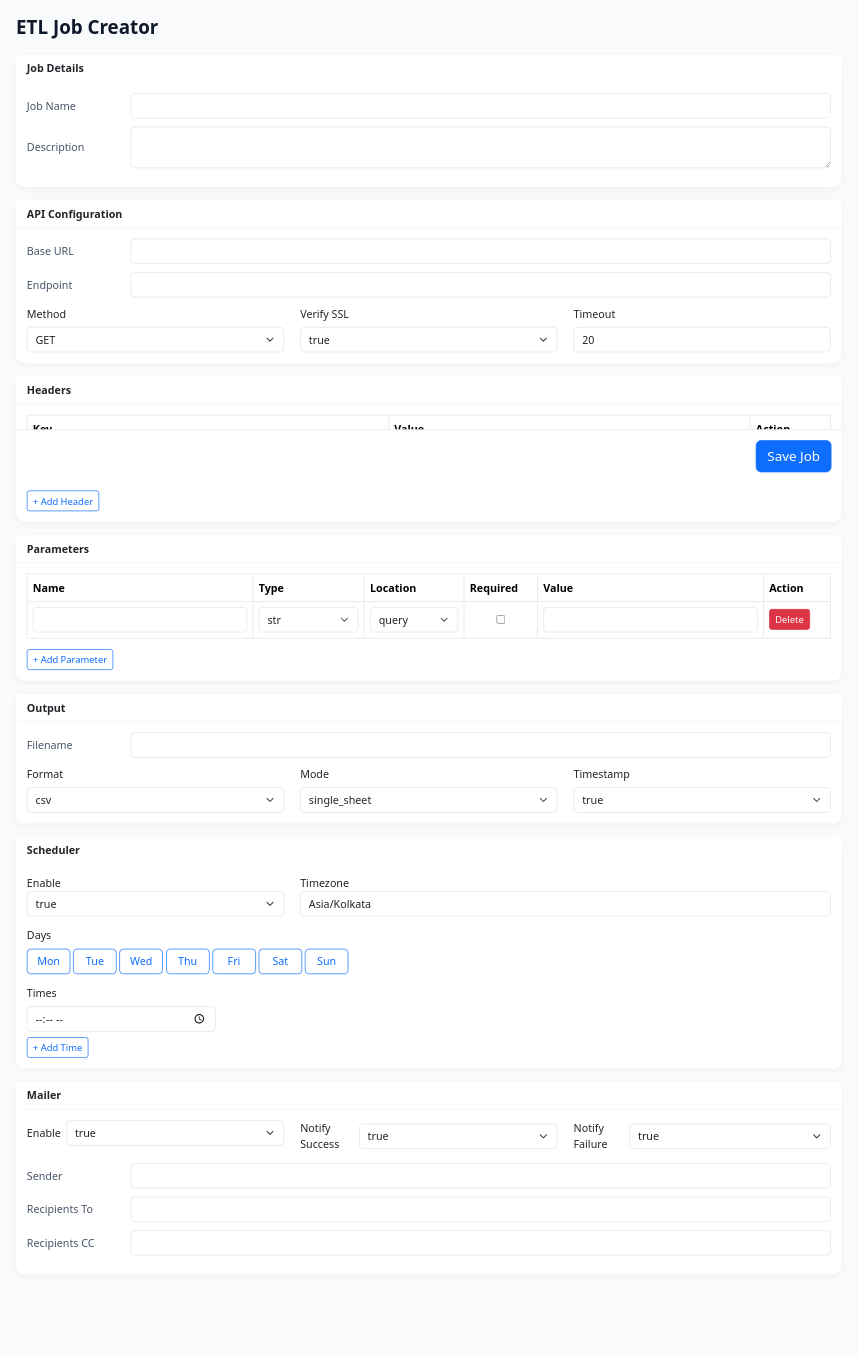
Repository: C0sCube/fetchapi
Page: example.html
These files come from the project's save history. The page is drawn as it stood at one moment and after the next save; the edit follows.
The browser window is 1280 px wide. The pictures show the whole page, at 67% of full size.

Above is the page before, as saved 2026-06-09 23:41:48.

### example.html
<!DOCTYPE html>
<html lang="en">

<head>
    <meta charset="UTF-8">
    <meta name="viewport" content="width=device-width, initial-scale=1.0">

    <title>ETL Job Creator</title>

    <link href="https://cdn.jsdelivr.net/npm/bootstrap@5.3.3/dist/css/bootstrap.min.css" rel="stylesheet">

    <style>
        body {
            background: #f8fafc;
            color: #334155;
        }

        .page-title {
            font-weight: 700;
            color: #0f172a;
        }

        .section-card {
            border: none;
            border-radius: 12px;
            margin-bottom: 20px;
            box-shadow: 0 2px 10px rgba(0, 0, 0, .05);
        }

        .card-header {
            background: white;
            font-weight: 600;
            border-bottom: 1px solid #e2e8f0;
        }

        .form-label-fixed {
            width: 140px;
            font-weight: 500;
            color: #475569;
        }

        .form-row {
            display: flex;
            align-items: center;
            gap: 15px;
            margin-bottom: 12px;
        }

        .form-row .form-control,
        .form-row .form-select {
            flex: 1;
        }

        .day-btn {
            min-width: 65px;
        }

        .table td {
            vertical-align: middle;
        }

        .save-bar {
            position: sticky;
            bottom: 0;
            background: white;
            padding: 15px;
            border-top: 1px solid #e2e8f0;
        }
    </style>
</head>

<body>

    <div class="container-fluid px-4 py-4">

        <h3 class="page-title mb-4">
            ETL Job Creator
        </h3>

        <!-- JOB DETAILS -->
        <div class="card section-card">

            <div class="card-header">
                Job Details
            </div>

            <div class="card-body">

                <div class="form-row">
                    <label class="form-label-fixed">
                        Job Name
                    </label>

                    <input class="form-control">
                </div>

                <div class="form-row">
                    <label class="form-label-fixed">
                        Description
                    </label>

                    <textarea class="form-control" rows="2"></textarea>
                </div>

            </div>
        </div>

        <!-- API CONFIG -->
        <div class="card section-card">

            <div class="card-header">
                API Configuration
            </div>

            <div class="card-body">

                <div class="form-row">
                    <label class="form-label-fixed">
                        Base URL
                    </label>

                    <input class="form-control">
                </div>

                <div class="form-row">
                    <label class="form-label-fixed">
                        Endpoint
                    </label>

                    <input class="form-control">
                </div>

                <div class="row">

                    <div class="col-md-4">

                        <label class="form-label">
                            Method
                        </label>

                        <select class="form-select">
                            <option>GET</option>
                            <option>POST</option>
                            <option>PUT</option>
                            <option>PATCH</option>
                            <option>DELETE</option>
                        </select>

                    </div>

                    <div class="col-md-4">

                        <label class="form-label">
                            Verify SSL
                        </label>

                        <select class="form-select">
                            <option>true</option>
                            <option>false</option>
                        </select>

                    </div>

                    <div class="col-md-4">

                        <label class="form-label">
                            Timeout
                        </label>

                        <input class="form-control" value="20">

                    </div>

                </div>

            </div>
        </div>

        <!-- HEADERS -->
        <div class="card section-card">

            <div class="card-header">
                Headers
            </div>

            <div class="card-body">

                <table class="table table-bordered">

                    <thead>
                        <tr>
                            <th>Key</th>
                            <th>Value</th>
                            <th width="120">Action</th>
                        </tr>
                    </thead>

                    <tbody>

                        <tr>
                            <td>
                                <input class="form-control">
                            </td>

                            <td>
                                <input class="form-control">
                            </td>

                            <td>
                                <button class="btn btn-danger btn-sm">
                                    Delete
                                </button>
                            </td>
                        </tr>

                    </tbody>

                </table>

                <button class="btn btn-outline-primary btn-sm">
                    + Add Header
                </button>

            </div>

        </div>

        <!-- PARAMETERS -->
        <div class="card section-card">

            <div class="card-header">
                Parameters
            </div>

            <div class="card-body">

                <table class="table table-bordered">

                    <thead>
                        <tr>
                            <th>Name</th>
                            <th>Type</th>
                            <th>Location</th>
                            <th>Required</th>
                            <th>Value</th>
                            <th width="100">Action</th>
                        </tr>
                    </thead>

                    <tbody>

                        <tr>

                            <td>
                                <input class="form-control">
                            </td>

                            <td>
                                <select class="form-select">
                                    <option>str</option>
                                    <option>int</option>
                                    <option>float</option>
                                    <option>bool</option>
                                    <option>date</option>
                                    <option>datetime</option>
                                    <option>list</option>
                                </select>
                            </td>

                            <td>
                                <select class="form-select">
                                    <option>query</option>
                                    <option>body</option>
                                    <option>header</option>
                                    <option>path</option>
                                </select>
                            </td>

                            <td class="text-center">
                                <input type="checkbox">
                            </td>

                            <td>
                                <input class="form-control">
                            </td>

                            <td>
                                <button class="btn btn-danger btn-sm">
                                    Delete
                                </button>
                            </td>

                        </tr>

                    </tbody>

                </table>

                <button class="btn btn-outline-primary btn-sm">
                    + Add Parameter
                </button>

            </div>

        </div>

        <!-- OUTPUT -->
        <div class="card section-card">

            <div class="card-header">
                Output
            </div>

            <div class="card-body">

                <div class="form-row">
                    <label class="form-label-fixed">
                        Filename
                    </label>

                    <input class="form-control">
                </div>

                <div class="row">

                    <div class="col-md-4">

                        <label class="form-label">
                            Format
                        </label>

                        <select class="form-select">
                            <option>csv</option>
                            <option>excel</option>
                        </select>

                    </div>

                    <div class="col-md-4">

                        <label class="form-label">
                            Mode
                        </label>

                        <select class="form-select">
                            <option>single_sheet</option>
                            <option>multiple_sheet</option>
                        </select>

                    </div>

                    <div class="col-md-4">

                        <label class="form-label">
                            Timestamp
                        </label>

                        <select class="form-select">
                            <option>true</option>
                            <option>false</option>
                        </select>

                    </div>

                </div>

            </div>

        </div>

        <!-- SCHEDULER -->
        <div class="card section-card">

            <div class="card-header">
                Scheduler
            </div>

            <div class="card-body">

                <div class="row mb-3">

                    <div class="col-md-4">
                        <label>Enable</label>
                        <select class="form-select">
                            <option>true</option>
                            <option>false</option>
                        </select>
                    </div>

                    <div class="col-md-8">
                        <label>Timezone</label>
                        <input class="form-control" value="Asia/Kolkata">
                    </div>

                </div>

                <label class="form-label">
                    Days
                </label>

                <div class="mb-3">

                    <button class="btn btn-outline-primary day-btn">Mon</button>
                    <button class="btn btn-outline-primary day-btn">Tue</button>
                    <button class="btn btn-outline-primary day-btn">Wed</button>
                    <button class="btn btn-outline-primary day-btn">Thu</button>
                    <button class="btn btn-outline-primary day-btn">Fri</button>
                    <button class="btn btn-outline-primary day-btn">Sat</button>
                    <button class="btn btn-outline-primary day-btn">Sun</button>

                </div>

                <label class="form-label">
                    Times
                </label>

                <div class="row">

                    <div class="col-md-3">
                        <input type="time" class="form-control">
                    </div>

                </div>

                <button class="btn btn-outline-primary btn-sm mt-2">
                    + Add Time
                </button>

            </div>

        </div>

        <!-- MAILER -->
        <div class="card section-card">

            <div class="card-header">
                Mailer
            </div>

            <div class="card-body">

                <div class="row mb-3">

                    <div class="col-md-4">
                        <div class="d-flex align-items-center gap-2">
                            <label class="mb-0 fw-medium">
                                Enable
                            </label>

                            <select class="form-select">
                                <option>true</option>
                                <option>false</option>
                            </select>
                        </div>
                    </div>

                    <div class="col-md-4">
                        <div class="d-flex align-items-center gap-2">
                            <label class="mb-0 fw-medium">
                                Notify Success
                            </label>

                            <select class="form-select">
                                <option>true</option>
                                <option>false</option>
                            </select>
                        </div>
                    </div>

                    <div class="col-md-4">
                        <div class="d-flex align-items-center gap-2">
                            <label class="mb-0 fw-medium">
                                Notify Failure
                            </label>

                            <select class="form-select">
                                <option>true</option>
                                <option>false</option>
                            </select>
                        </div>
                    </div>

                </div>

                <div class="form-row">
                    <label class="form-label-fixed">
                        Sender
                    </label>

                    <input class="form-control">
                </div>

                <div class="form-row">
                    <label class="form-label-fixed">
                        Recipients To
                    </label>

                    <input class="form-control">
                </div>

                <div class="form-row">
                    <label class="form-label-fixed">
                        Recipients CC
                    </label>

                    <input class="form-control">
                </div>

            </div>

        </div>

        <div class="save-bar text-end">
            <button class="btn btn-primary btn-lg">
                Save Job
            </button>
        </div>

    </div>

</body>

</html>

After the next save:
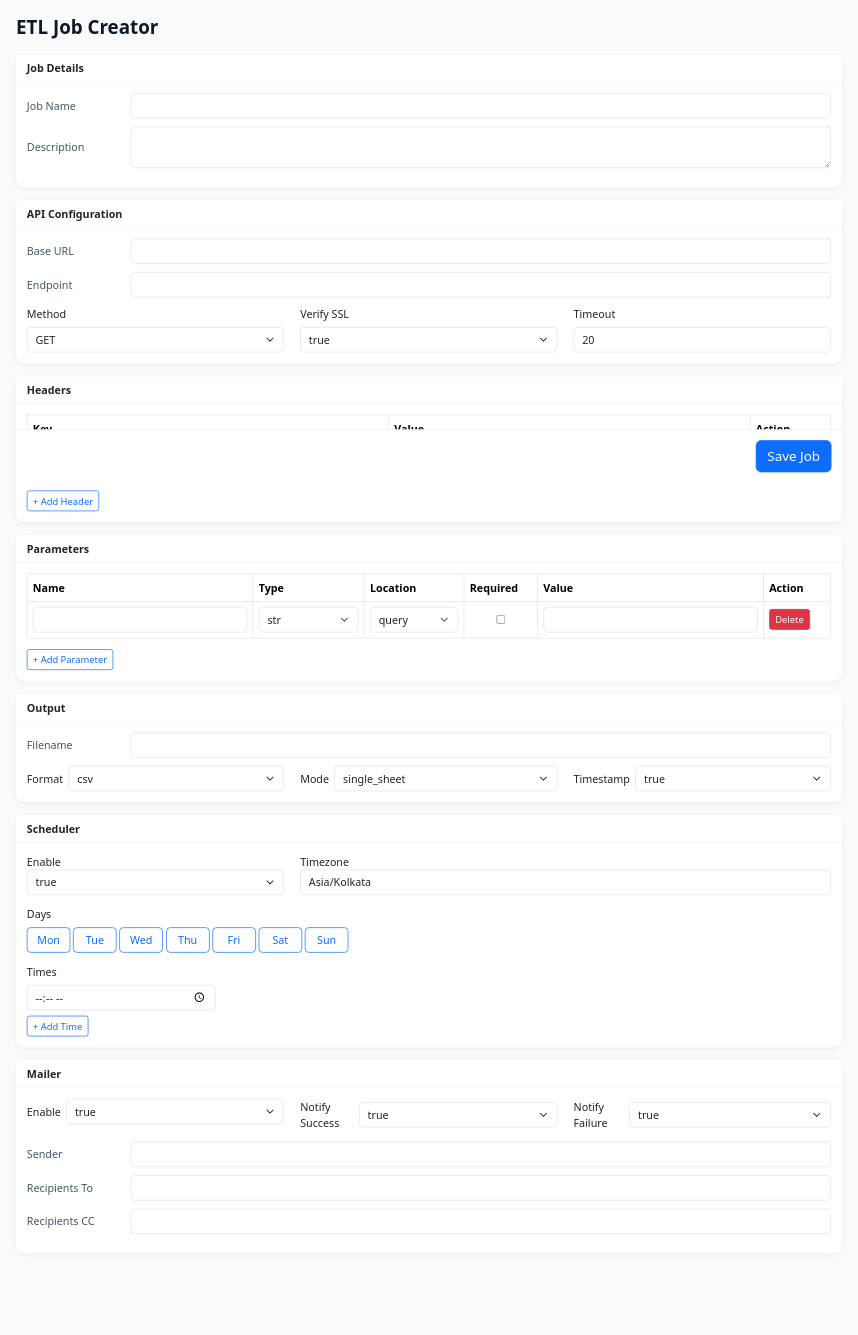
Saved 97 s later.
--- a/example.html
+++ b/example.html
@@ -324,46 +324,45 @@
                 <div class="row">
 
                     <div class="col-md-4">
-
-                        <label class="form-label">
-                            Format
-                        </label>
-
-                        <select class="form-select">
-                            <option>csv</option>
-                            <option>excel</option>
-                        </select>
-
-                    </div>
-
-                    <div class="col-md-4">
-
-                        <label class="form-label">
-                            Mode
-                        </label>
-
-                        <select class="form-select">
-                            <option>single_sheet</option>
-                            <option>multiple_sheet</option>
-                        </select>
-
-                    </div>
-
-                    <div class="col-md-4">
-
-                        <label class="form-label">
-                            Timestamp
-                        </label>
-
-                        <select class="form-select">
-                            <option>true</option>
-                            <option>false</option>
-                        </select>
-
-                    </div>
-
-                </div>
-
+                        <div class="d-flex align-items-center gap-2">
+                            <label class="mb-0 fw-medium">
+                                Format
+                            </label>
+
+                            <select class="form-select">
+                                <option>csv</option>
+                                <option>excel</option>
+                            </select>
+                        </div>
+                    </div>
+
+                    <div class="col-md-4">
+                        <div class="d-flex align-items-center gap-2">
+                            <label class="mb-0 fw-medium">
+                                Mode
+                            </label>
+
+                            <select class="form-select">
+                                <option>single_sheet</option>
+                                <option>multiple_sheet</option>
+                            </select>
+                        </div>
+                    </div>
+
+                    <div class="col-md-4">
+                        <div class="d-flex align-items-center gap-2">
+                            <label class="mb-0 fw-medium">
+                                Timestamp
+                            </label>
+
+                            <select class="form-select">
+                                <option>true</option>
+                                <option>false</option>
+                            </select>
+                        </div>
+                    </div>
+
+                </div>
             </div>
 
         </div>
